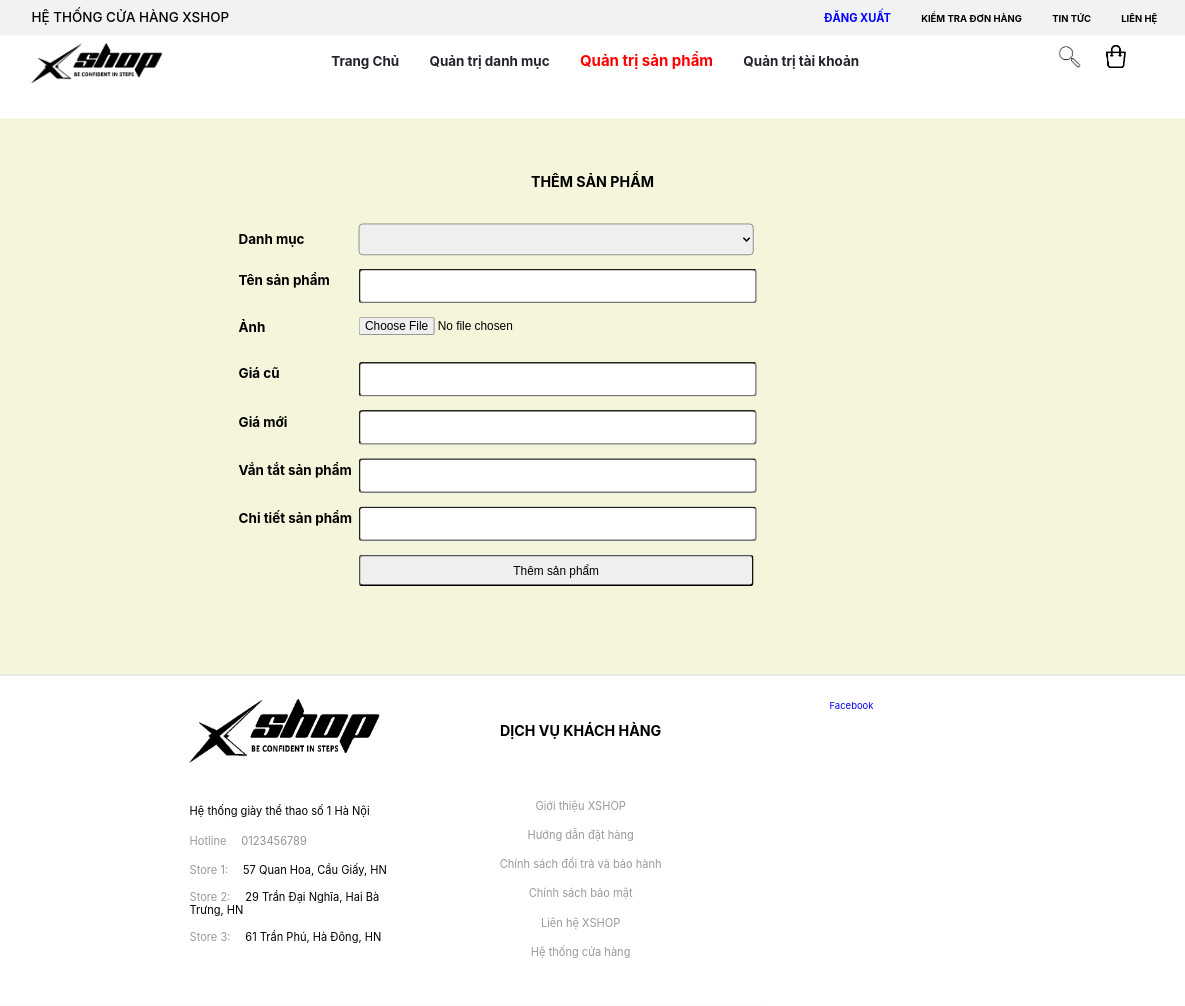
Repository: tienaq123/dam
Page: http://localhost/ass/ad/themsanpham.php
These files come from the project's save history. The page is drawn as it stood at one moment and after the next save; the edit follows.
The browser window is 1280 px wide. The page is 1500 px wide, so the pictures cover 1500 px, including what lies to the right of the window. The pictures show the whole page, at 79% of full size.
The page is run by PHP 8.4 with error messages shown; the project is at /var/www/html/. Queries for data that is not in the repository find no rows.

Above is the page before, as saved 2021-10-22 00:29:45.

After the next save:
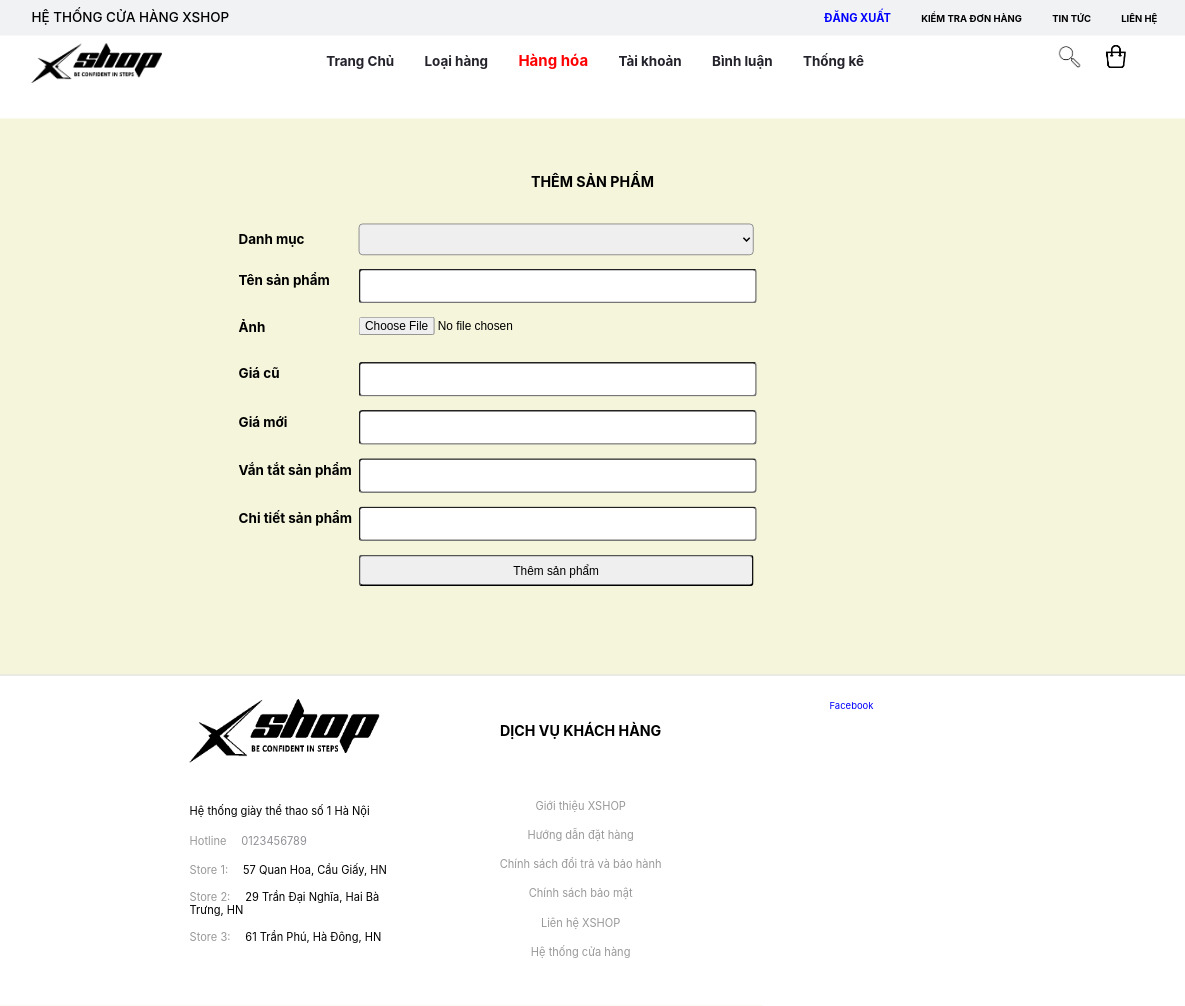
Saved 23 s later.
--- a/ad/themsanpham.php
+++ b/ad/themsanpham.php
@@ -30,10 +30,12 @@
             </div>
             <div class="menu">
                 <ul>
-                    <li><a href="../home.php">Trang Chủ</a></li>
-                    <li><a href="quantridanhmuc.php">Quản trị danh mục</a></li>
-                    <li><a href="quantrisanpham.php" style="color: red; font-size: 19px;">Quản trị sản phẩm</a></li>
-                    <li><a href="quantritaikhoan.php">Quản trị tài khoản</a></li>
+                    <li><a href="home.php">Trang Chủ</a></li>
+                    <li><a href="./ad/quantridanhmuc.php">Loại hàng</a></li>
+                    <li><a href="./ad/quantrisanpham.php" style="color: red; font-size: 19px;">Hàng hóa</a></li>
+                    <li><a href="./ad/quantritaikhoan.php">Tài khoản</a></li>
+                    <li><a href="./ad/quantritaikhoan.php">Bình luận</a></li>
+                    <li><a href="./ad/quantritaikhoan.php">Thống kê</a></li>
                     <div id="nav">
                         <a href="product.php"> <img src="../img/search.png" alt=""></a>
                         <a href="product.php"><img src="../img/giohang.png" alt=""></a>
@@ -61,7 +63,7 @@
                                 foreach ($kqdm as $key => $rows) {
                                 ?>
                                     <option value="<?php echo $rows['id_danhmuc'] ?>"><?php echo $rows['tendanhmuc'] ?>
-                                </option>
+                                    </option>
                                 <?php
                                 }
                                 ?>
